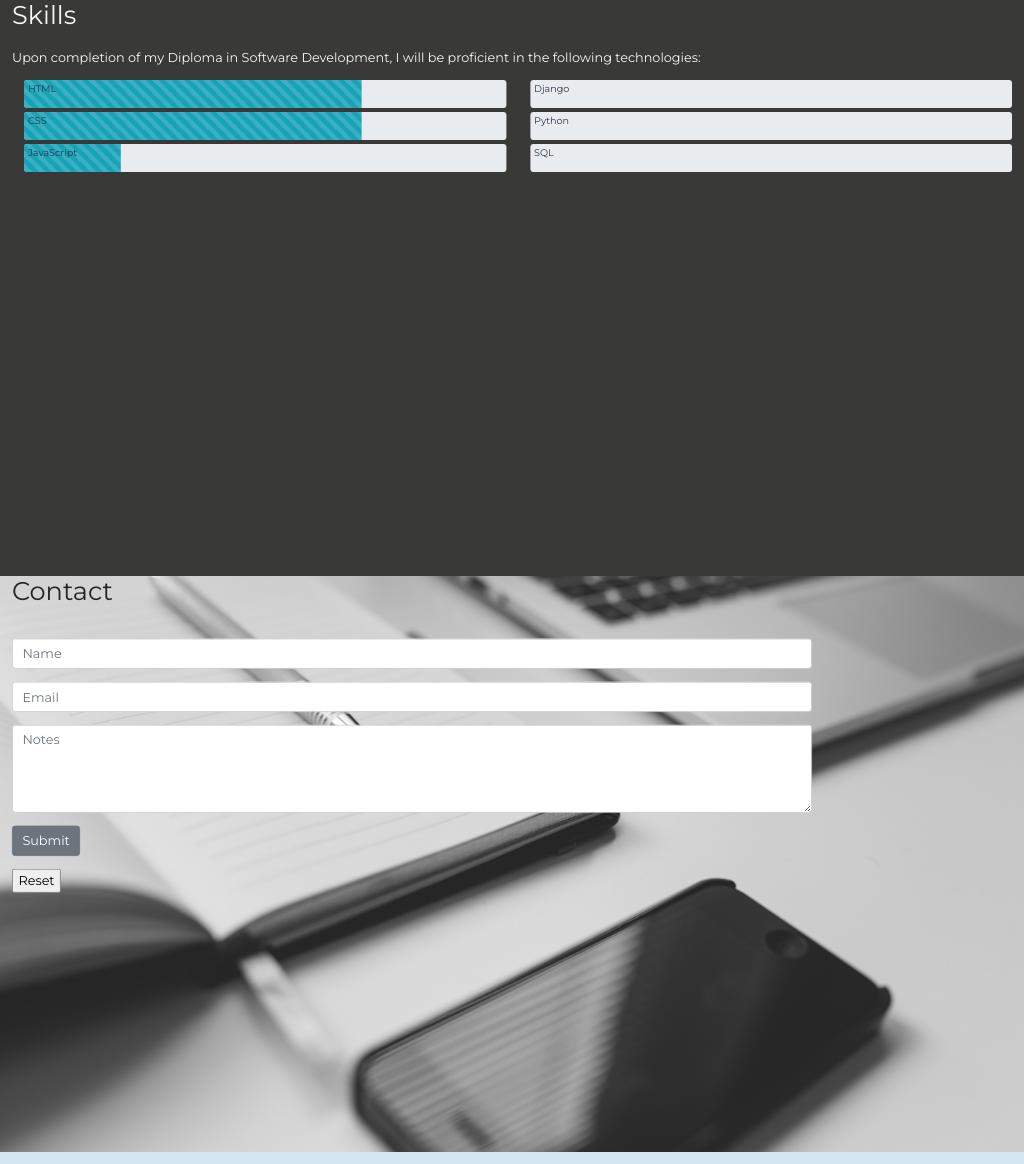
Repository: Liz94688/portfolio-site
Page: index.html
The author's editor kept a record of every edit. The page is drawn from the files as they stood at one moment, then again after the next edit.
The browser window is 1280 px wide. The pictures show the part of the page from y = 720 to 2175 px (the page is 2175 px tall), at 80% of full size.
Backgrounds fixed to the window are drawn as part of the page.

Above is the page before.

After the next edit:
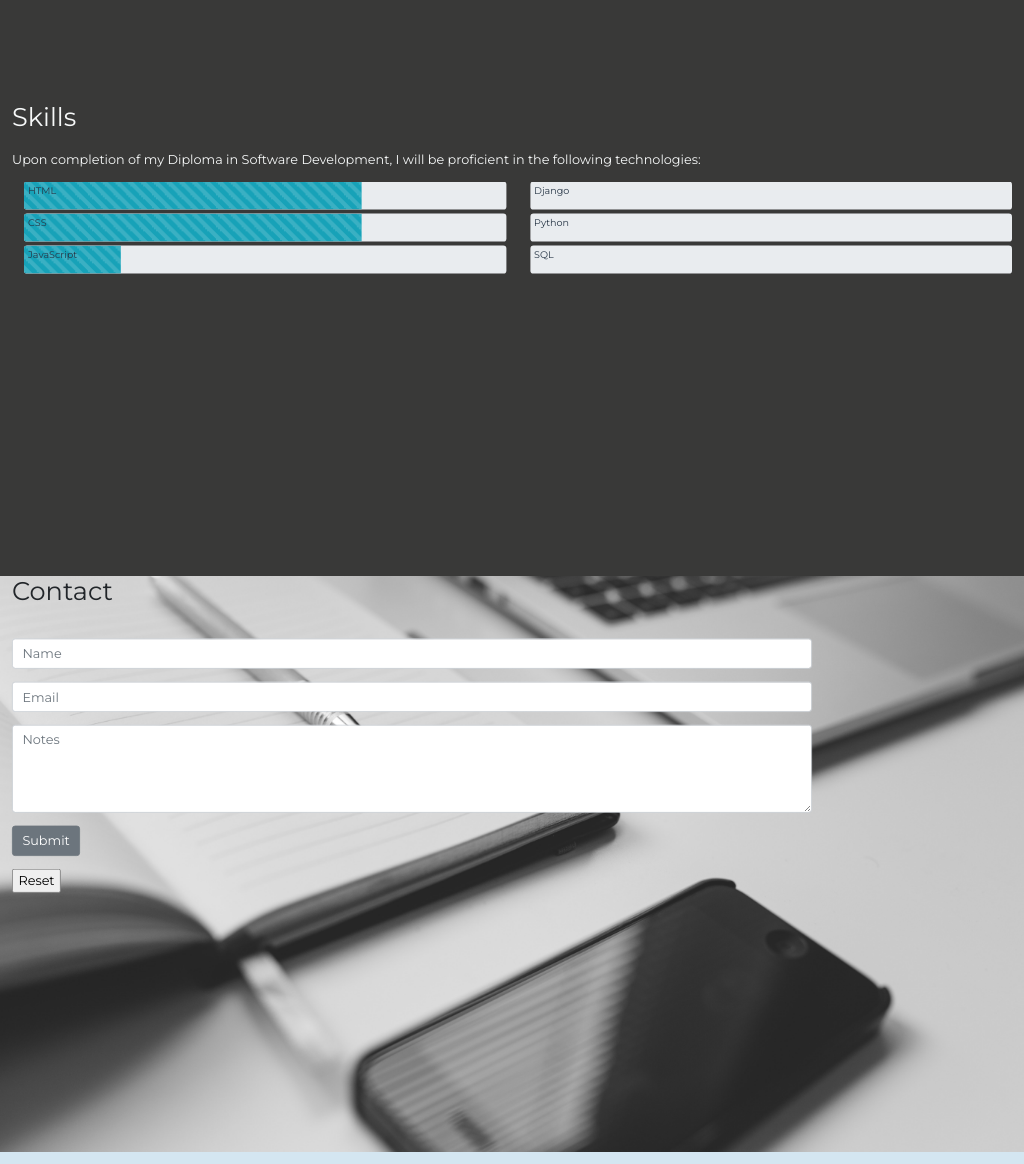
The edit:
--- a/assets/css/style.css
+++ b/assets/css/style.css
@@ -77,6 +77,7 @@
 }
 
 .skills-title {
+    padding-top: 10%;
     color: #F7F9F9;
 }
 
